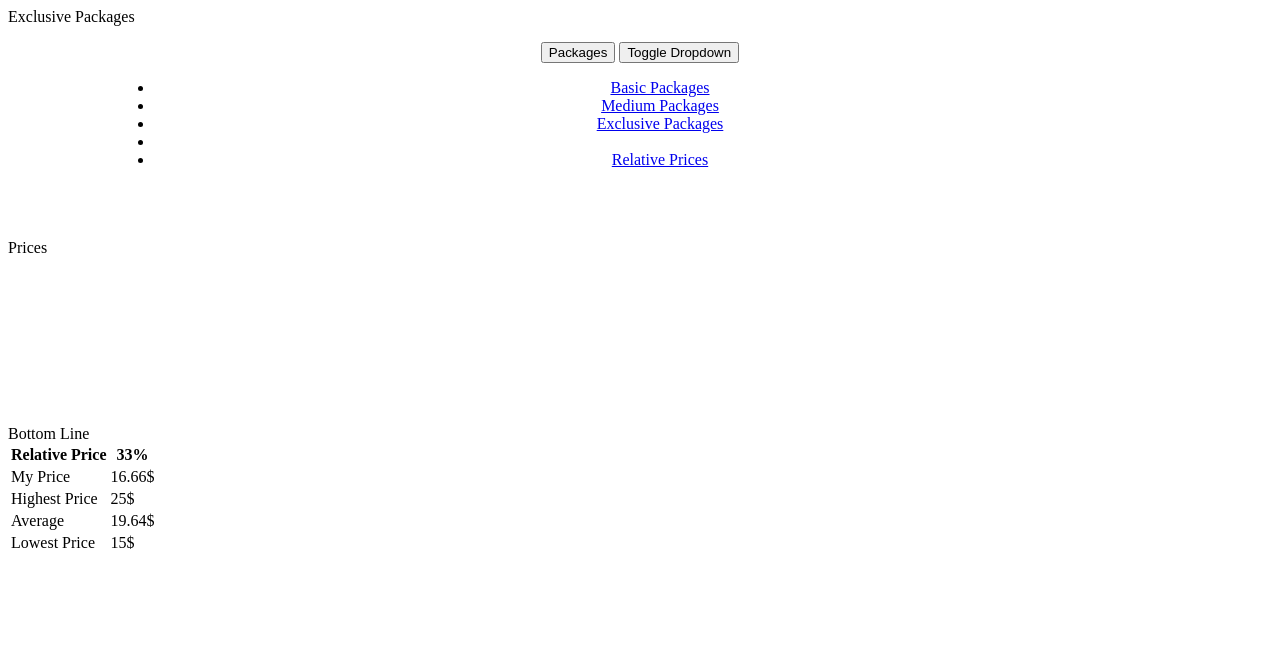
Repository: netaosman/Price-try-course
Page: prixceFrontEnd/src/main/webapp/Prixce_FrontEnd/HTML/Market/pricesPack/HighPackages.html
These files come from the project's save history. The page is drawn as it stood at one moment and after the next save; the edit follows.
The browser window is 1280 px wide. The pictures show the whole page.

Above is the page before, as saved 2017-09-23 03:03:28.

### prixceFrontEnd/src/main/webapp/Prixce_FrontEnd/HTML/Market/pricesPack/HighPackages.html
<p class="sub-header">Exclusive Packages</p>

<div class="container-fluid">
	<!-- <h1 class="page-header">Dashboard</h1>-->
	<div class="dropdown" align="center">
		<!-- Split button -->
		<div class="btn-group">
			<button type="button" id="first-btn" class="btn btn-default">Packages</button>
			<button type="button" class="btn btn-default dropdown-toggle"
				data-toggle="dropdown" aria-haspopup="true" aria-expanded="false">
				<span class="caret"></span> <span class="sr-only">Toggle
					Dropdown</span>
			</button>
			<ul class="dropdown-menu" id="first-menu" style="width: 80%">
				<li><a href="#/BasicPackages">Basic Packages</a></li>
				<li><a href="#/MedPackages">Medium Packages</a></li>
				<li><a href="#/HighPackages">Exclusive Packages</a></li>
				<li role="separator" class="divider"></li>
				<li><a href="#/RelativePrices">Relative Prices</a></li>
			</ul>
		</div>
	</div>
	<br> <br> <br>
	<div class="row placeholders">
		<div class="col-xs-12 col-md-8" ng-controller="PricesHighCtrl">
			<div class="panel panel-default-1">
				<div class="panel-heading">Prices</div>
				<div class="panel-body">
					<!-- <div class="panel-title">Prices</div> -->
					<br>
					<canvas id="base" class="chart-horizontal-bar" chart-data="data"
						chart-labels="labels" chart-colors="colors">
                                </canvas>
				</div>
			</div>
		</div>
		<div class="col-xs-12 col-md-4">
			<div class="panel panel-default-1">
				<div class="panel-heading">Bottom Line</div>
				<div class="panel-body">
					<table class="table">
						<thead>
							<tr>
								<th class="relative">Relative Price</th>
								<th class="relative-price">33%</th>
							</tr>
						</thead>
						<tbody>
							<tr>
								<td class="title-prices"><span
									class="glyphicon glyphicon-hand-right" aria-hidden="true"></span>
									My Price</td>
								<td class="prices">16.66$</td>
							</tr>
							<tr>
								<td class="title-prices"><span
									class="glyphicon glyphicon-hand-up" aria-hidden="true"></span>
									Highest Price</td>
								<td class="prices">25$</td>
							</tr>
							<tr>
								<td class="title-prices"><span
									class="glyphicon glyphicon-hand-left" aria-hidden="true"></span>
									Average</td>
								<td class="prices">19.64$</td>
							</tr>
							<tr>
								<td class="title-prices"><span
									class="glyphicon glyphicon-thumbs-down" aria-hidden="true"></span>
									Lowest Price</td>
								<td class="prices">15$</td>
							</tr>
						</tbody>

					</table>
				</div>
			</div>
		</div>
	</div>
</div>

After the next save:
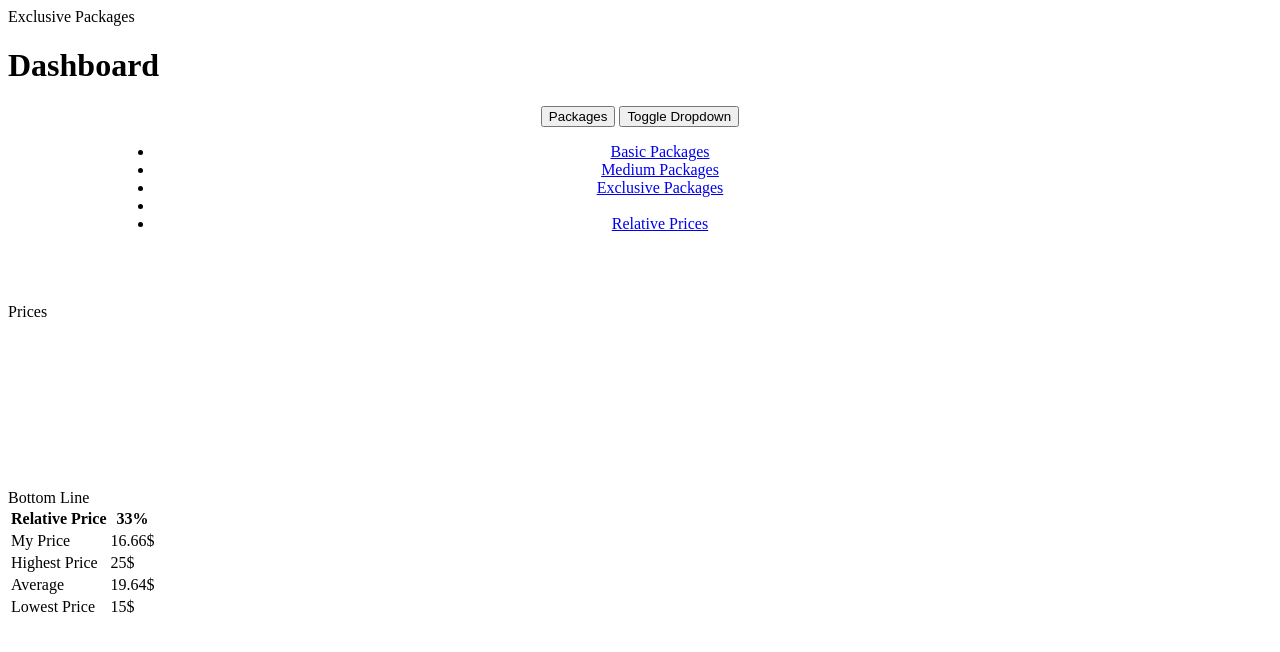
Saved 60 s later.
--- a/prixceFrontEnd/src/main/webapp/Prixce_FrontEnd/HTML/Market/pricesPack/HighPackages.html
+++ b/prixceFrontEnd/src/main/webapp/Prixce_FrontEnd/HTML/Market/pricesPack/HighPackages.html
@@ -1,7 +1,7 @@
 <p class="sub-header">Exclusive Packages</p>
 
 <div class="container-fluid">
-	<!-- <h1 class="page-header">Dashboard</h1>-->
+	 <h1 class="page-header">Dashboard</h1>
 	<div class="dropdown" align="center">
 		<!-- Split button -->
 		<div class="btn-group">

After the save that followed:
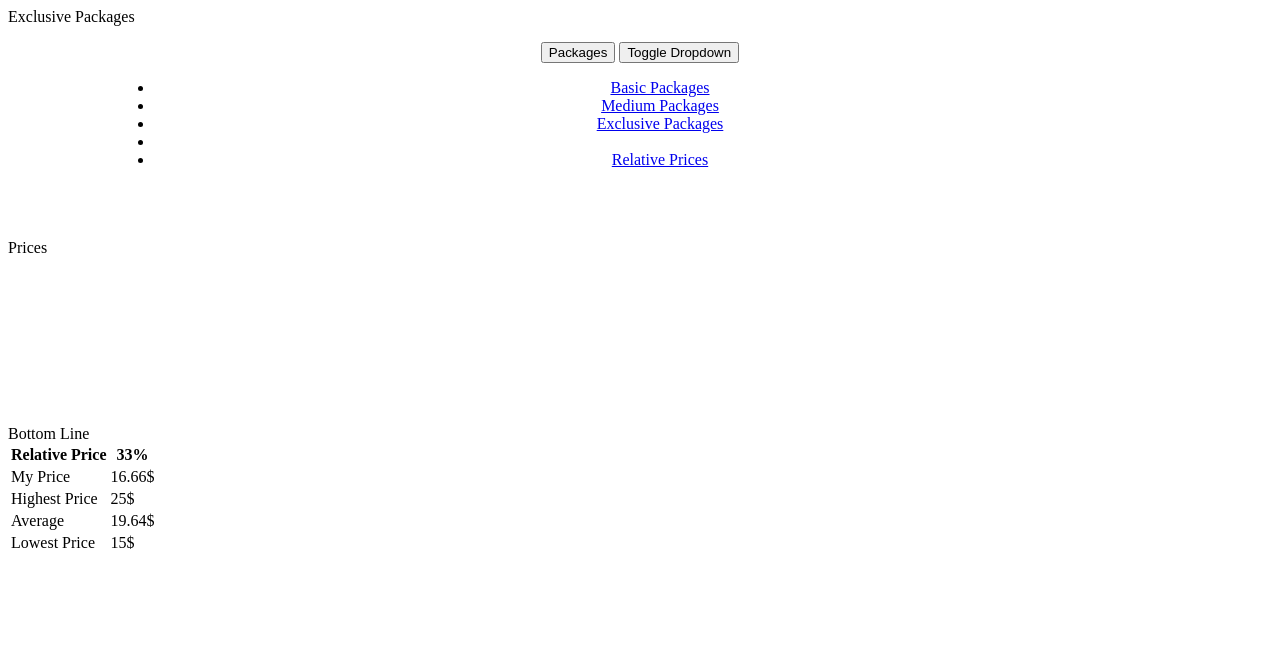
Saved 40 s later.
--- a/prixceFrontEnd/src/main/webapp/Prixce_FrontEnd/HTML/Market/pricesPack/HighPackages.html
+++ b/prixceFrontEnd/src/main/webapp/Prixce_FrontEnd/HTML/Market/pricesPack/HighPackages.html
@@ -1,8 +1,4 @@
-<p class="sub-header">Exclusive Packages</p>
-
-<div class="container-fluid">
-	 <h1 class="page-header">Dashboard</h1>
-	<div class="dropdown" align="center">
+<p class="sub-header">Exclusive Packages  <div class="dropdown" align="center">
 		<!-- Split button -->
 		<div class="btn-group">
 			<button type="button" id="first-btn" class="btn btn-default">Packages</button>
@@ -19,7 +15,10 @@
 				<li><a href="#/RelativePrices">Relative Prices</a></li>
 			</ul>
 		</div>
-	</div>
+	</div></p>
+
+<div class="container-fluid">
+
 	<br> <br> <br>
 	<div class="row placeholders">
 		<div class="col-xs-12 col-md-8" ng-controller="PricesHighCtrl">
